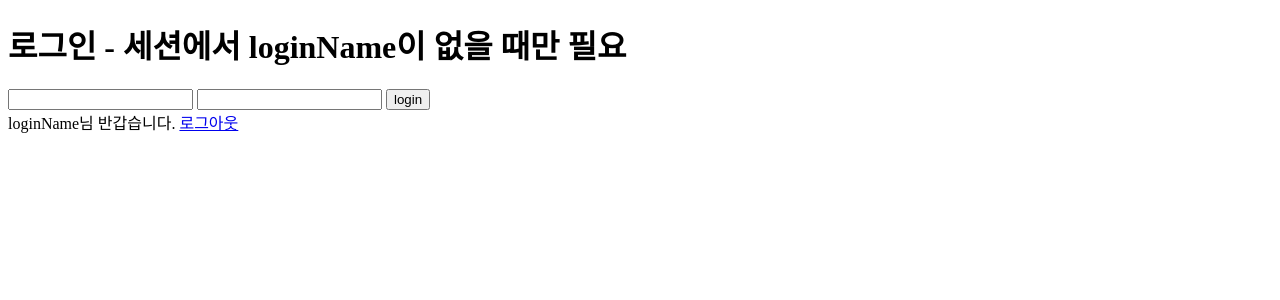
Repository: roadtofuture/woorifisa_java
Page: http://localhost/web_day3/login/loginform.jsp
These files come from the project's save history. The page is drawn as it stood at one moment and after the next save; the edit follows.
The browser window is 1280 px wide. The pictures show the whole page.
The page is served by Tomcat 9. Other server files are loaded and not shown.

Above is the page before, as saved 2023-06-19 06:40:51.

### web_day3/src/main/webapp/login/loginform.jsp
<%@ page language="java" contentType="text/html; charset=UTF-8"
	pageEncoding="UTF-8"%>
<%@ taglib prefix="c" uri="http://java.sun.com/jsp/jstl/core"%>
<c:set var="root" value="${pageContext.servletContext.contextPath }"></c:set>
<!DOCTYPE html>
<html>
<head>
<meta charset="UTF-8">
<title>Insert title here</title>
</head>
<body>

	<c:if test="${empty loginName }">
		<h1>로그인 - 세션에서 loginName이 없을 때만 필요</h1>
		<form action="${root }/login" method="post">
			<!-- post로 보낸다는 말 외에는 모두get방식 -->
			<!-- loginservlet이 받음 -->
			<!-- 보안상의 이유로 post로 -->
			<input name="id" type="text">
			<input name="password" type="password">
			<input type="submit" value="login">
		</form>
	</c:if>
	<c:if test="${empty loginName }">
	${"loginName"}님 반갑습니다.  <!-- 값을 출력해야 하니까 -->
		<a href="${root }/logout">로그아웃</a>
	</c:if>


</body>
</html>

After the next save:
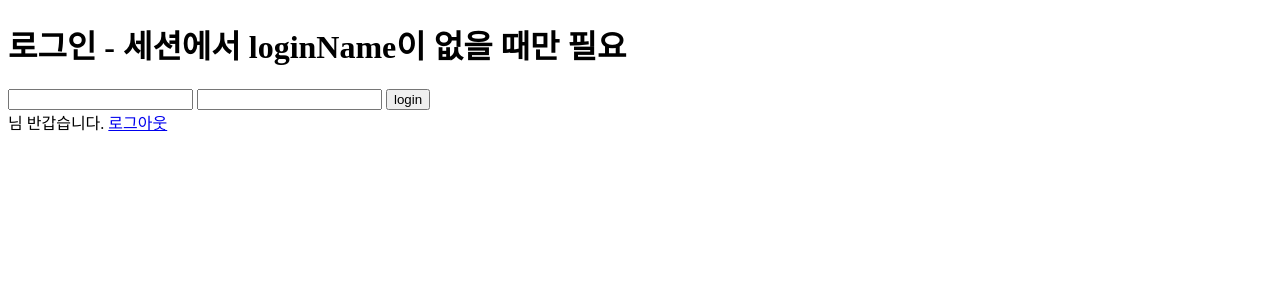
Saved 43 s later.
--- a/web_day3/src/main/webapp/login/loginform.jsp
+++ b/web_day3/src/main/webapp/login/loginform.jsp
@@ -22,7 +22,7 @@
 		</form>
 	</c:if>
 	<c:if test="${empty loginName }">
-	${"loginName"}님 반갑습니다.  <!-- 값을 출력해야 하니까 -->
+	${loginName}님 반갑습니다.  <!-- 값을 출력해야 하니까 -->
 		<a href="${root }/logout">로그아웃</a>
 	</c:if>
 
